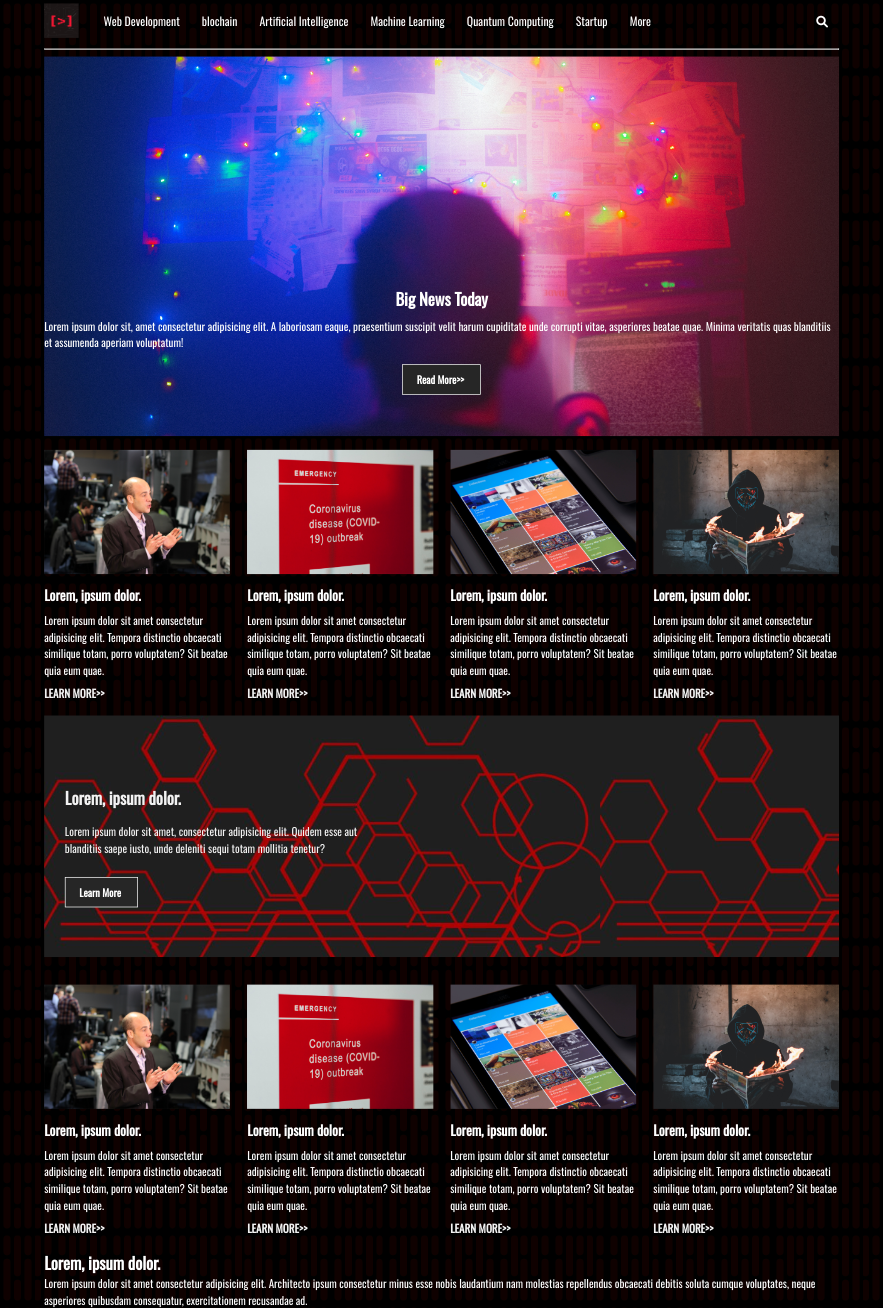
Repository: NickArregoces/News_Web
Page: index.html
An editor plug-in stored every save of this project. The page is shown before and after a run of saves, followed by the edit.
The browser window is 1280 px wide. The pictures show the whole page, at 69% of full size.

Above is the page before, as saved 2021-12-24 19:59:25.

After the next 2 saves:
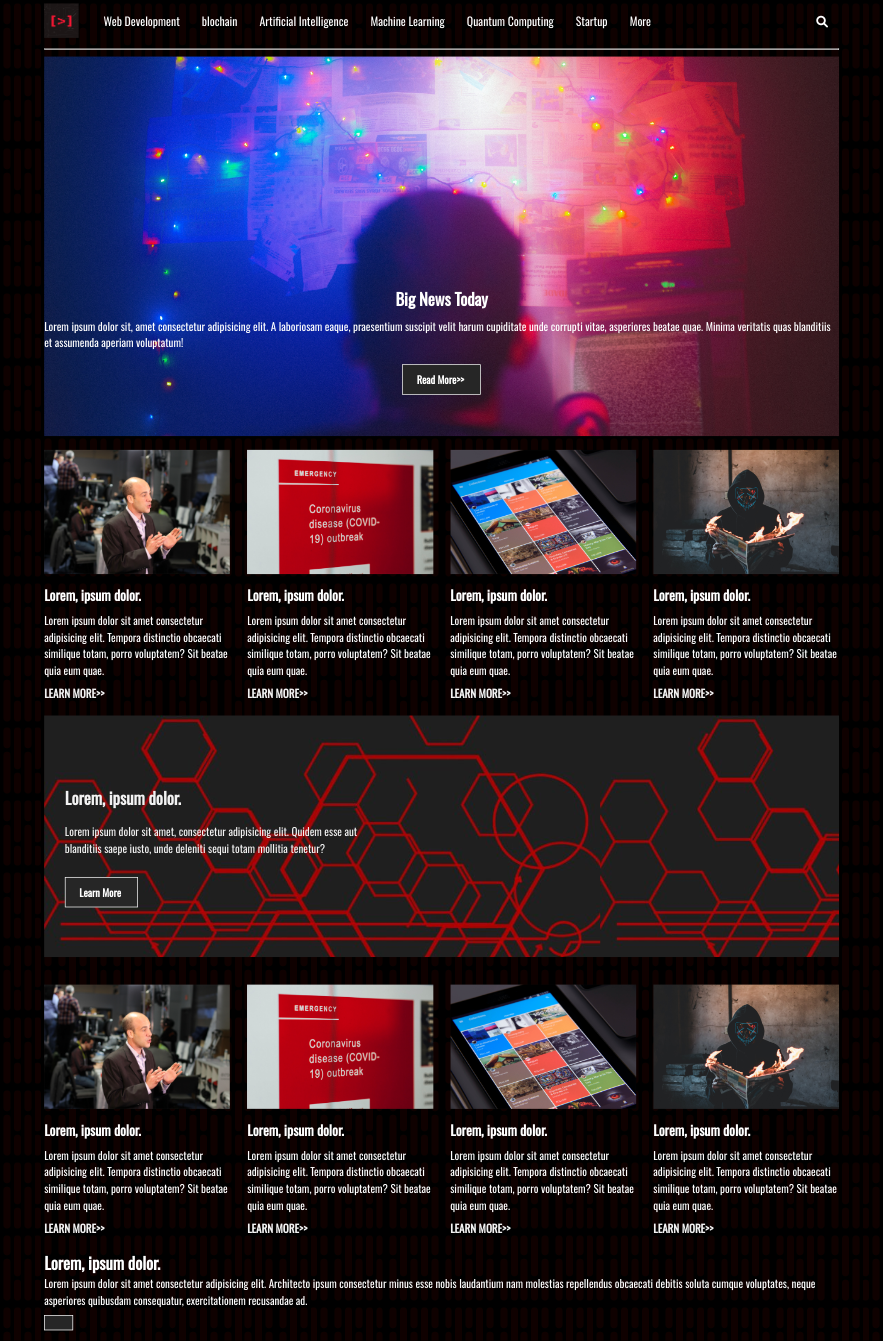
The 2 saves are shown as one change because they came seconds apart.
The last was saved 6 s later.
--- a/index.html
+++ b/index.html
@@ -134,7 +134,7 @@
             <div class="contaer">
                 <h2>Lorem, ipsum dolor.</h2>
                 <p>Lorem ipsum dolor sit amet consectetur adipisicing elit. Architecto ipsum consectetur minus esse nobis laudantium nam molestias repellendus obcaecati debitis soluta cumque voluptates, neque asperiores quibusdam consequatur, exercitationem recusandae ad.</p>
-                <a href=""></a>
+                <a href="" class="btn"></a>
             </div>
 
 
